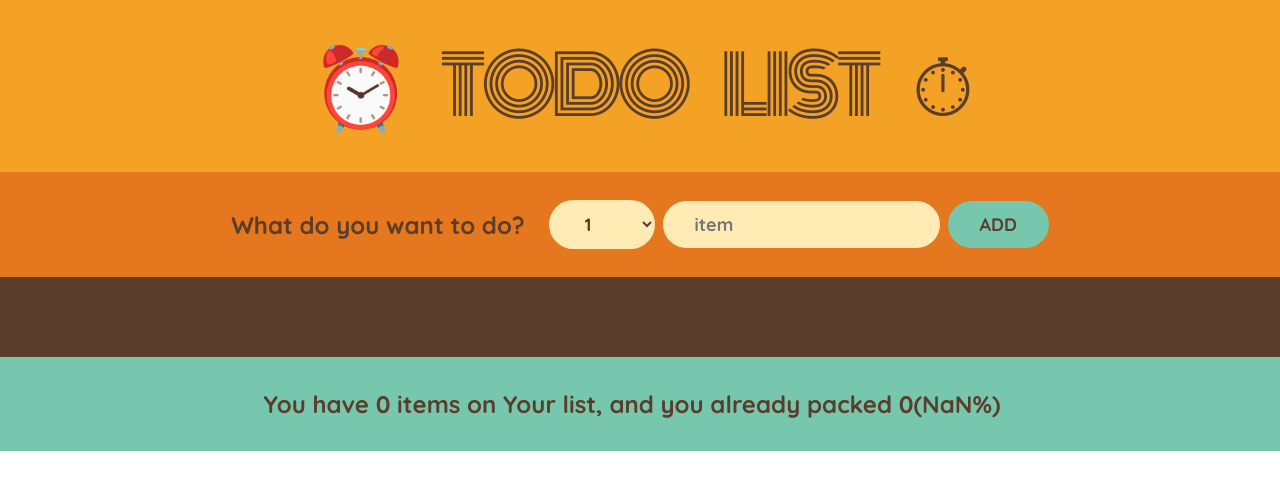
Repository: noemiepham/travel-list-react
Page: /
The author's editor kept a copy of each file at every save. The page is drawn from the files as they stood at one save, then again after the next save.
The browser window is 1280 px wide. The pictures show the whole page.
The project was rebuilt for these pictures with package versions that can differ from the ones it lists, and the page was loaded fresh each time.

Above is the page before, as saved 2023-12-10 08:39:09.

### src/App.js
import { useState } from "react";
/* const initialItems = [
  { id: 1, description: "Passports", quantity: 2, packed: false },
  { id: 2, description: "Socks", quantity: 12, packed: true },
  { id: 3, description: "Money", quantity: 10, packed: false },
  { id: 4, description: "Billets", quantity: 12, packed: true },
]; */

export default function App() {
  const [items, setItems] = useState([]);
  function handleAddItems(item) {
    setItems((items) => [...items, item]);
  }
  function handleToggleItem(id) {
    setItems(
      items.map((item) =>
        item.id === id ? { ...item, packed: !item.packed } : item
      )
    );
  }
  function handleDelete(id) {
    setItems(items.filter((item) => item.id !== id));
  }
  return (
    <div className="App">
      <Logo />
      <Form handleAddItems={handleAddItems} />
      <PackingList
        items={items}
        onToggleItem={handleToggleItem}
        onDelete={handleDelete}
      />
      <Stats items={items} />
    </div>
  );
}

function Logo() {
  return <h1> ⏰ TODO LIST ⏱ </h1>;
}

function Form({ handleAddItems }) {
  const [description, setDescription] = useState("");
  const [quantity, setQuantity] = useState(1);

  function handleSubmit(event) {
    event.preventDefault();

    if (!description) return;
    const newItem = { description, quantity, packed: false, id: Date.now() };
    console.log(newItem);
    console.log(event.target);

    handleAddItems(newItem);
    setDescription("");
    setQuantity(1);
  }
  return (
    <form className="add-form" onSubmit={handleSubmit}>
      <h3>What do you want to do?</h3>
      <select
        value={quantity}
        onChange={(event) => setQuantity(event.target.value)}
      >
        {Array.from({ length: 20 }, (_, i) => i + 1).map((num) => (
          <option value={num} key={num}>
            {num}
          </option>
        ))}
      </select>
      <input
        type="text"
        placeholder="item"
        value={description}
        onChange={(event) => setDescription(event.target.value)}
      />
      <button>Add</button>
    </form>
  );
}

function PackingList({ items, onToggleItem, onDelete }) {
  return (
    <div className="list">
      <ul>
        {items.map((item) => (
          <List
            item={item}
            key={item.id}
            onToggleItem={onToggleItem}
            onDelete={onDelete}
          />
        ))}
      </ul>
    </div>
  );
}

function List({ item, onToggleItem, onDelete }) {
  //console.log("list", item.packed);
  return (
    <li>
      <input type="checkbox" onClick={() => onToggleItem(item.id)} />
      <span style={item.packed ? { textDecoration: "line-through" } : {}}>
        {item.quantity} {item.description}
      </span>
      <button onClick={() => onDelete(item.id)}>❌</button>
    </li>
  );
}
function Stats({ items }) {
  console.log("footer", items);
  const numItems = items.length;
  const numPacked = items.filter((item) => item.packed).length;
  const percent = (numItems / numPacked) * 100;
  return (
    <div className="stats" key={items.id}>
      <h3>
        {" "}
        You have {numItems} items on Your list, and you already packed{" "}
        {numPacked}({percent}%)
      </h3>
    </div>
  );
}

Loaded but not shown: public/index.html (common file); src/index.js (common file); src/index.css (common file)

After the next save:
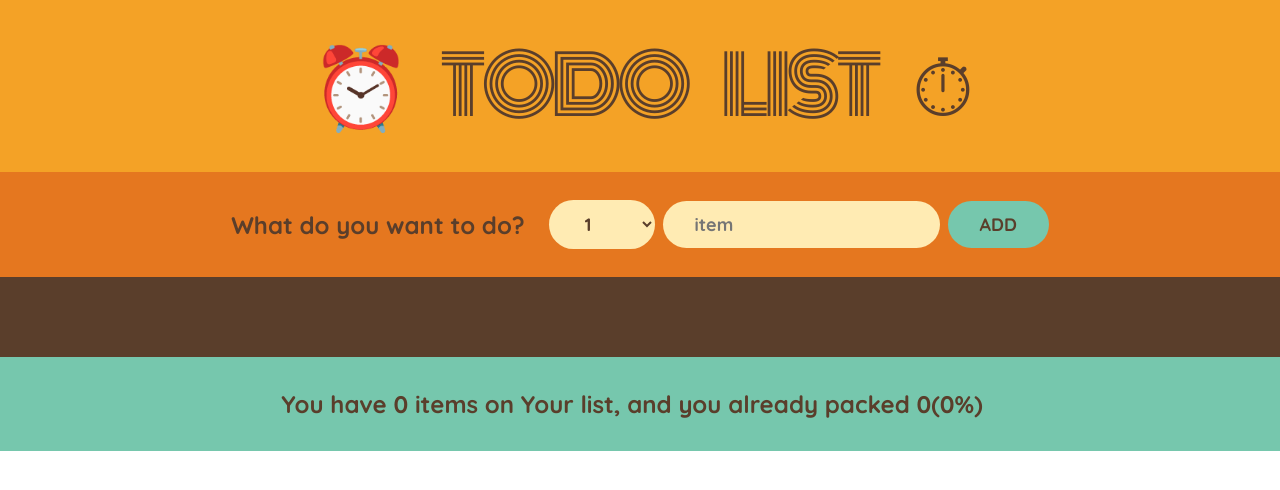
Saved 41 s later.
--- a/src/App.js
+++ b/src/App.js
@@ -112,7 +112,7 @@
   console.log("footer", items);
   const numItems = items.length;
   const numPacked = items.filter((item) => item.packed).length;
-  const percent = (numItems / numPacked) * 100;
+  const percent = (numItems / 100) * numPacked;
   return (
     <div className="stats" key={items.id}>
       <h3>

After the save that followed:
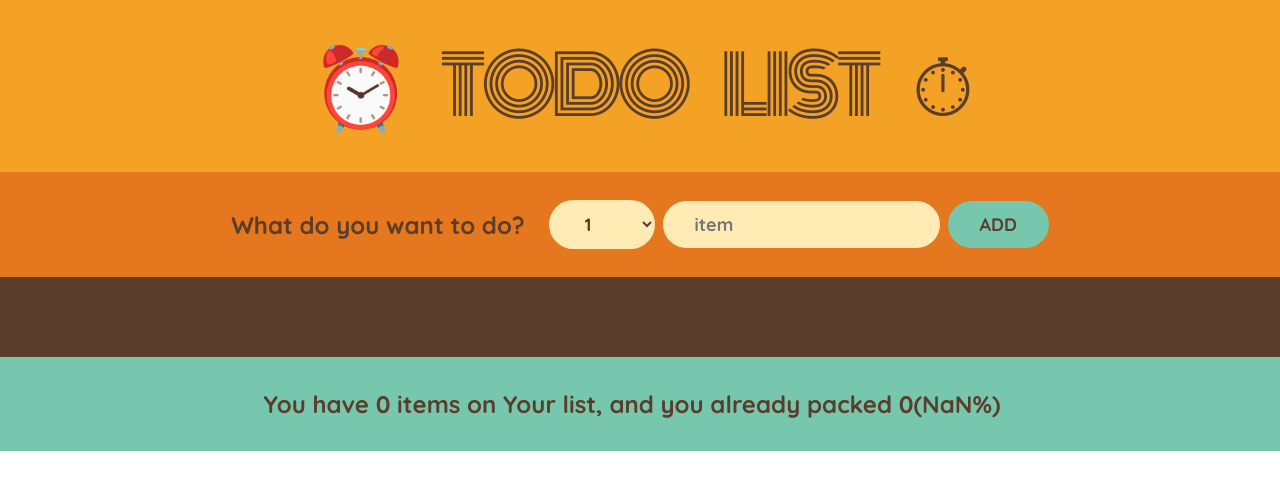
Saved 28 s later.
--- a/src/App.js
+++ b/src/App.js
@@ -112,7 +112,7 @@
   console.log("footer", items);
   const numItems = items.length;
   const numPacked = items.filter((item) => item.packed).length;
-  const percent = (numItems / 100) * numPacked;
+  const percent = (numPacked / numItems) * 100;
   return (
     <div className="stats" key={items.id}>
       <h3>
